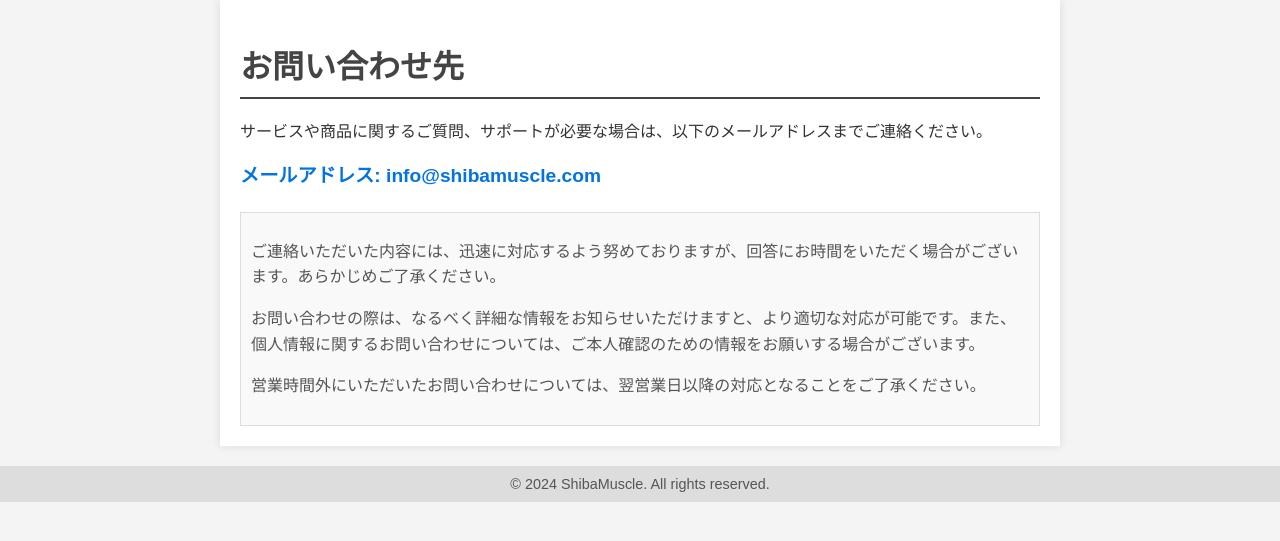
Repository: Takahshiba/shibamuscle.github.io
Page: ShibaMuscle/Others/Contact.html
The author's editor kept a record of every edit. The page is drawn from the files as they stood at one moment, then again after the next edit.
The browser window is 1280 px wide. The pictures show the whole page.

Above is the page before.

After the next edit:
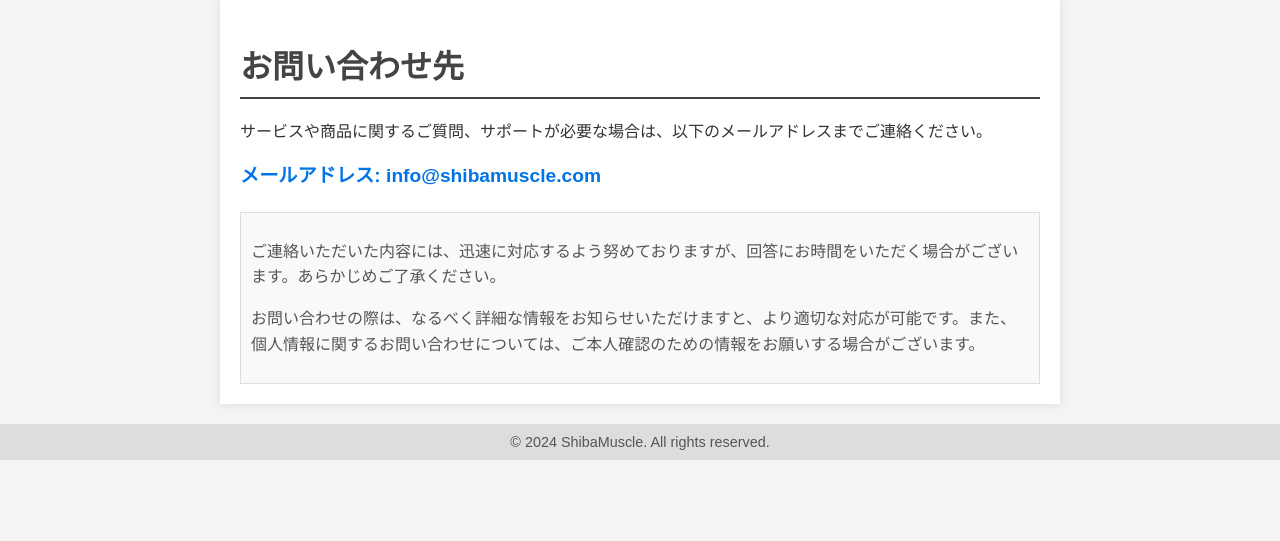
The edit:
--- a/ShibaMuscle/Others/Contact.html
+++ b/ShibaMuscle/Others/Contact.html
@@ -74,9 +74,6 @@
             <p>
                 お問い合わせの際は、なるべく詳細な情報をお知らせいただけますと、より適切な対応が可能です。また、個人情報に関するお問い合わせについては、ご本人確認のための情報をお願いする場合がございます。
             </p>
-            <p>
-                営業時間外にいただいたお問い合わせについては、翌営業日以降の対応となることをご了承ください。
-            </p>
         </div>
     </div>
 
